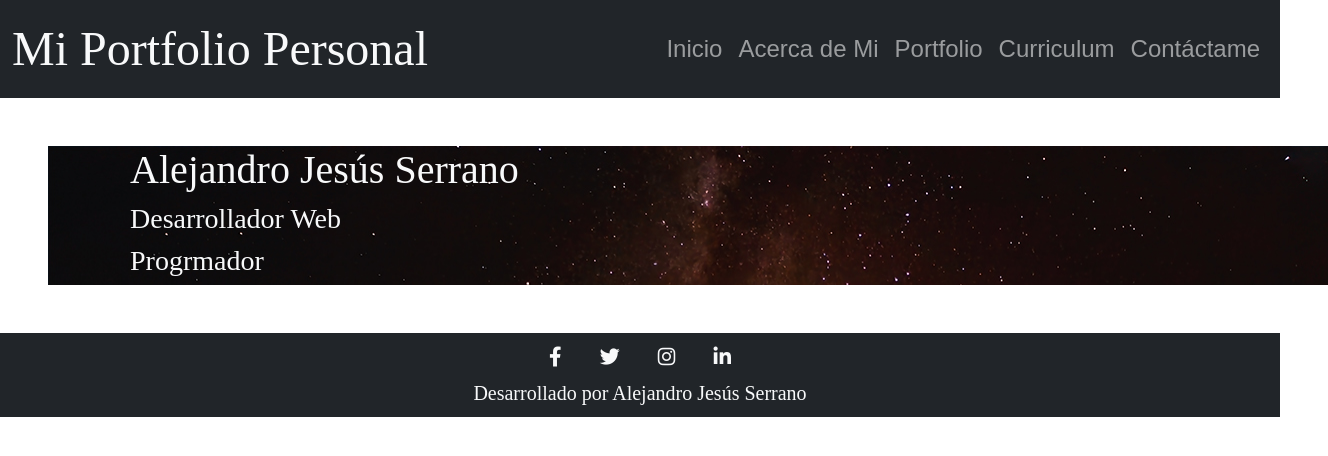
Repository: AlejandroJesusSerrano/portfolio
Page: portfolio/core/templates/core/home.html
The author's editor kept a copy of each file at every save. The page is drawn from the files as they stood at one save, then again after the next save.
The browser window is 1280 px wide. The page is 1328 px wide, then 1280 px, so the pictures cover 1328 px, including what lies to the right of the window. The pictures show the whole page.
Some web fonts or font styles are not loaded; a fallback is used. The template is drawn by Django 4.2. The application's start-up code is not run. Other server files are loaded and not shown. The template is opened directly, without the code that normally fills it, so the values that code supplies are empty.

Above is the page before, as saved 2023-09-06 09:08:01.

### portfolio/core/templates/core/home.html
{% extends 'core/base.html' %}
{% load static %}

{% block title %} Inicio {% endblock title %}

<!-- header -->
{% block content %}
<div class="home bkg-img m-5">
  <div class="container">
    <div class="row">
      <div class="col-12 brand">
        <div>
          <h1>Alejandro Jesús Serrano</h1>
        </div>
        <div>
          <h3>Desarrollador Web</h3>
        </div>
        <div>
          <h3>Progrmador</h3>
        </div>
      </div>
    </div>
  </div>
</div>
{% endblock content %}

### portfolio/core/templates/core/base.html
{% load static %}

<!DOCTYPE html>
<html lang="en">

<head>
  <meta charset="UTF-8">
  <meta name="viewport" content="width=device-width, initial-scale=1.0">
  <link rel="stylesheet" href={% static 'lib/bootstrap-5.2/css/bootstrap.min.css' %}>
  <link rel="stylesheet" href={% static 'lib/fontawesome-6.4.2/css/all.min.css' %}>
  <link rel="stylesheet" href={% static 'css/styles.css' %}>
  <title>Portafolio Personal - {% block title %} {% endblock title %}</title>
</head>

<body>
  <!-- HEADER -->
  <nav class="navbar navbar-expand-lg navbar-dark bg-dark">
    <div class="container-fluid">
      <a class="navbar-brand brand" href={% url 'home' %}>Mi Portfolio Personal</a>
      <button class="navbar-toggler" type="button" data-bs-toggle="collapse" data-bs-target="#navbarNav"
        aria-controls="navbarNav" aria-expanded="false" aria-label="Toggle navigation">
        <span class="navbar-toggler-icon"></span>
      </button>
      <div class="collapse navbar-collapse" id="navbarNav">
        <ul class="navbar-nav nav_menu ms-auto">
          <li class="nav-item">
            <a class="nav-link" aria-current="page" href={% url 'home' %}>Inicio</a>
          </li>
          <li class="nav-item">
            <a class="nav-link" href={% url 'about' %}>Acerca de Mi</a>
          </li>
          <li class="nav-item">
            <a class="nav-link" href={% url 'portfolio' %}>Portfolio</a>
          </li>
          <li class="nav-item">
            <a class="nav-link" href={% url 'curriculum' %}>Curriculum</a>
          </li>
          <li class="nav-item">
            <a class="nav-link" href={% url 'contact' %}>Contáctame</a>
          </li>
        </ul>
      </div>
    </div>
  </nav>

  <!-- CONTENT - Template Tags -->

  {% block content %} {%endblock content%}

  <div class="mb-0">
    <footer class="bg-dark text-center text-light">
      <section>
        <div class="container">
          <a class="btn btn-link btn-floating btn-lg text-light" href="#" role="button">
            <i class="fab fa-facebook-f"></i>
          </a>
          <a class="btn btn-link btn-floating btn-lg text-light" href="#" role="button">
            <i class="fab fa-twitter"></i>
          </a>
          <a class="btn btn-link btn-floating btn-lg text-light" href="#" role="button">
            <i class="fab fa-instagram"></i>
          </a>
          <a class="btn btn-link btn-floating btn-lg text-light" href="#" role="button">
            <i class="fab fa-linkedin-in"></i>
          </a>
        </div>
        <div class="container">
          <div class="pb-1">
            <h5 class="develop">Desarrollado por Alejandro Jesús Serrano</h5>
          </div>
        </div>
      </section>
    </footer>
  </div>
  <!-- End of .container -->

  <script src={% static 'lib/bootstrap-5.2/js/bootstrap.min.js' %}></script>
  <script src={% static 'lib/fontawesome-6.4.2/js/all.min.js' %}></script>
</body>

</html>

### portfolio/static/css/styles.css
@import url("https://fonts.googleapis.com/css2?family=Arima:wght@500;700&family=Average+Sans&family=Mulish:ital,wght@0,400;0,500;0,700;1,400;1,500;1,700&display=swap");

* {
  margin: 0;
  padding: 0;
  box-sizing: border-box;
}

.brand {
  font-family: "Arima", cursive;
  font-size: 3rem;
  color: #f8f9fa;
}

.nav_menu {
  font-family: "Average Sans", sans-serif;
  font-size: 1.5rem;
}

.develop {
  font-family: "Arima", cursive;
  font-size: 1.25rem;
}

.home {
  background-image: url(../img/sancarlos_noche_web.jpg);
  width: 100%;
}

.img-bkg {
  background-position: center center;
  min-height: 60vh;
  background-attachment: scroll;
  background-size: cover;
  background-repeat: no-repeat;
}

Loaded but not shown: portfolio/static/lib/bootstrap-5.2/css/bootstrap.min.css (library); portfolio/static/lib/fontawesome-6.4.2/css/all.min.css (library); portfolio/static/lib/bootstrap-5.2/js/bootstrap.min.js (library)

After the next save:
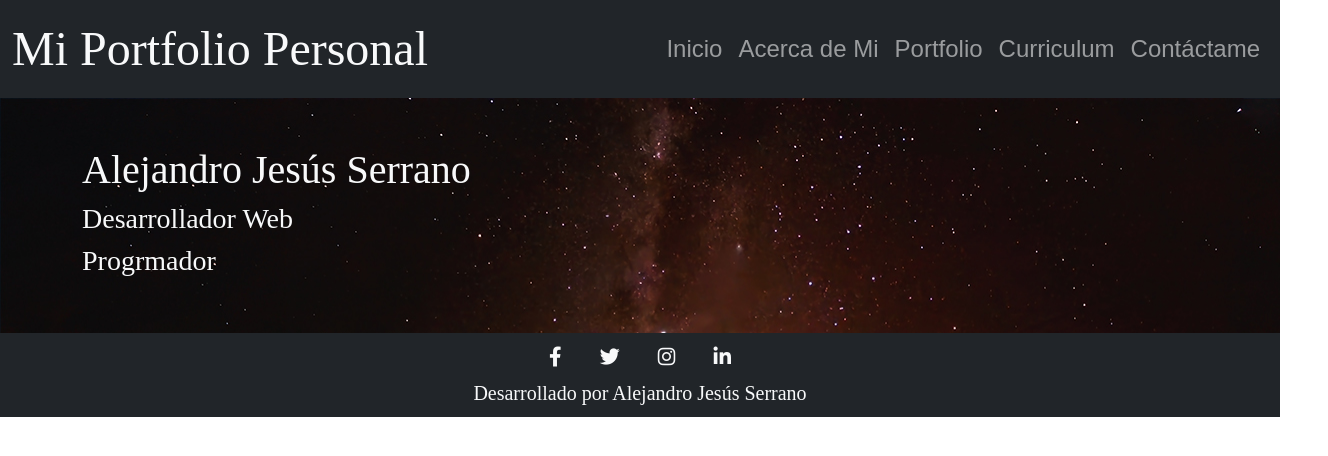
Saved 9 s later.
--- a/portfolio/core/templates/core/home.html
+++ b/portfolio/core/templates/core/home.html
@@ -5,7 +5,7 @@
 
 <!-- header -->
 {% block content %}
-<div class="home bkg-img m-5">
+<div class="home bkg-img p-5">
   <div class="container">
     <div class="row">
       <div class="col-12 brand">
